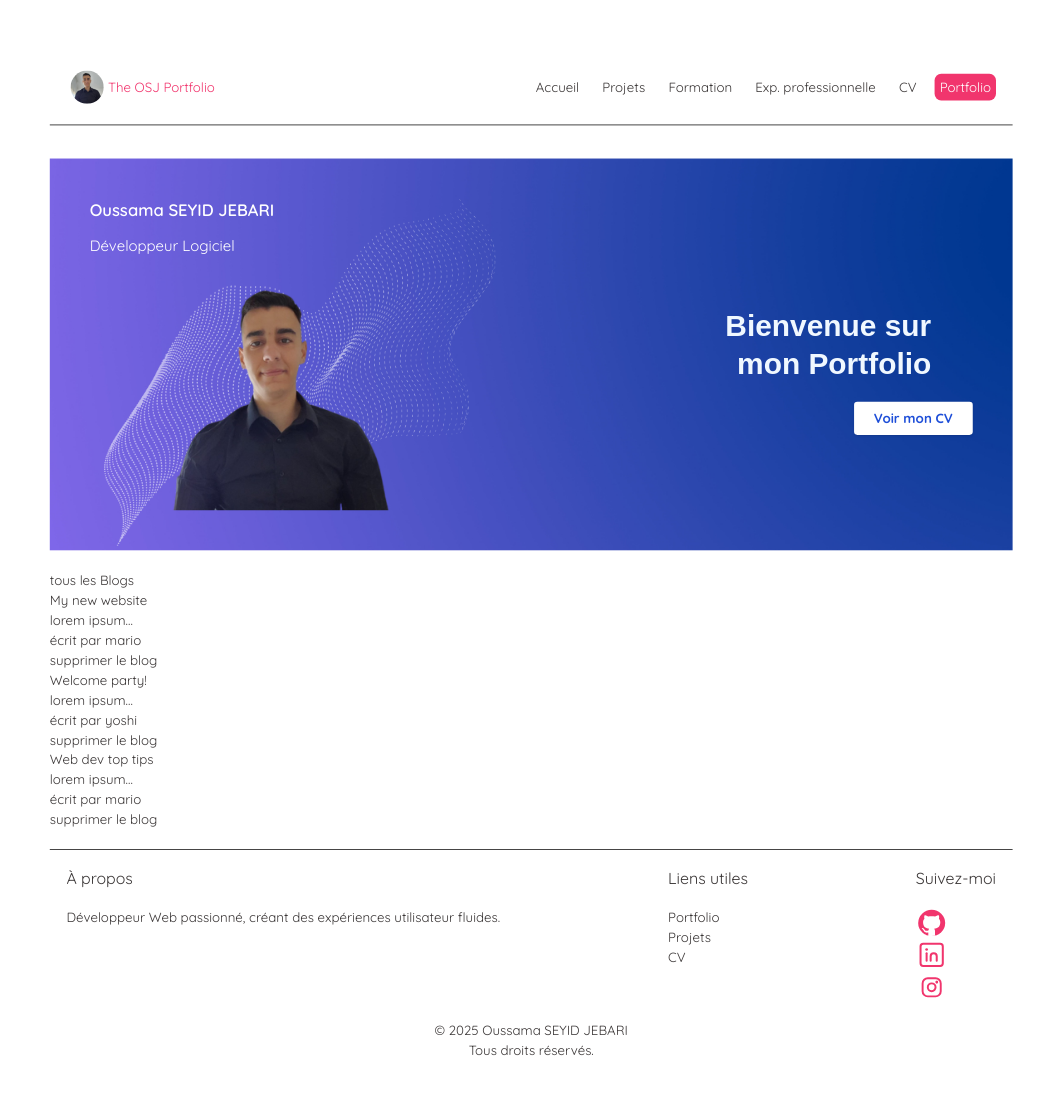
Repository: OussamSJ/Portfolio
Page: /
The author's editor kept a copy of each file at every save. The page is drawn from the files as they stood at one save, then again after the next save.
The browser window is 1280 px wide. The pictures show the whole page, at 83% of full size.
The project was rebuilt for these pictures with package versions that can differ from the ones it lists, and the page was loaded fresh each time. Also part of the build but not shown: src/Random.js, src/Cv.js, src/Expcomponent.js, src/Experiences.js, src/FormationComponent.js, src/Formation.js.

Above is the page before, as saved 2025-05-10 10:50:56.

After the next save:
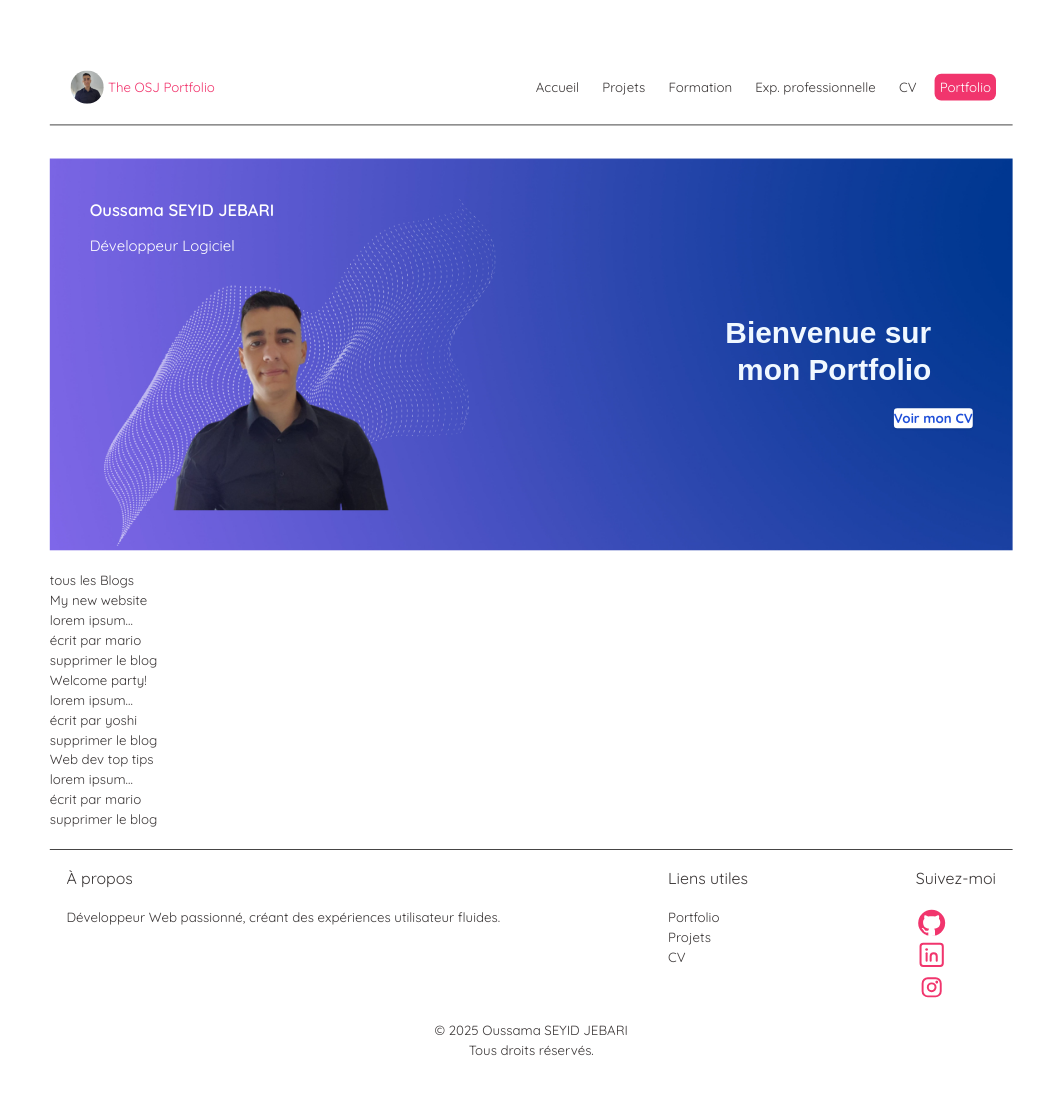
Saved 57 s later.
--- a/src/Home.js
+++ b/src/Home.js
@@ -45,7 +45,7 @@
   <h1 className="text-4xl text-white font-bold mb-6 leading-tight">
     Bienvenue sur <br /> mon Portfolio
   </h1>
-  <button className="bg-white text-blue-700 font-bold py-2 px-6 rounded shadow hover:bg-gray-100 transition">
+  <button className="bg-white text-blue-700 font-bold   rounded shadow hover:bg-gray-100 transition">
     Voir mon CV
   </button>
 </div>

After the save that followed:
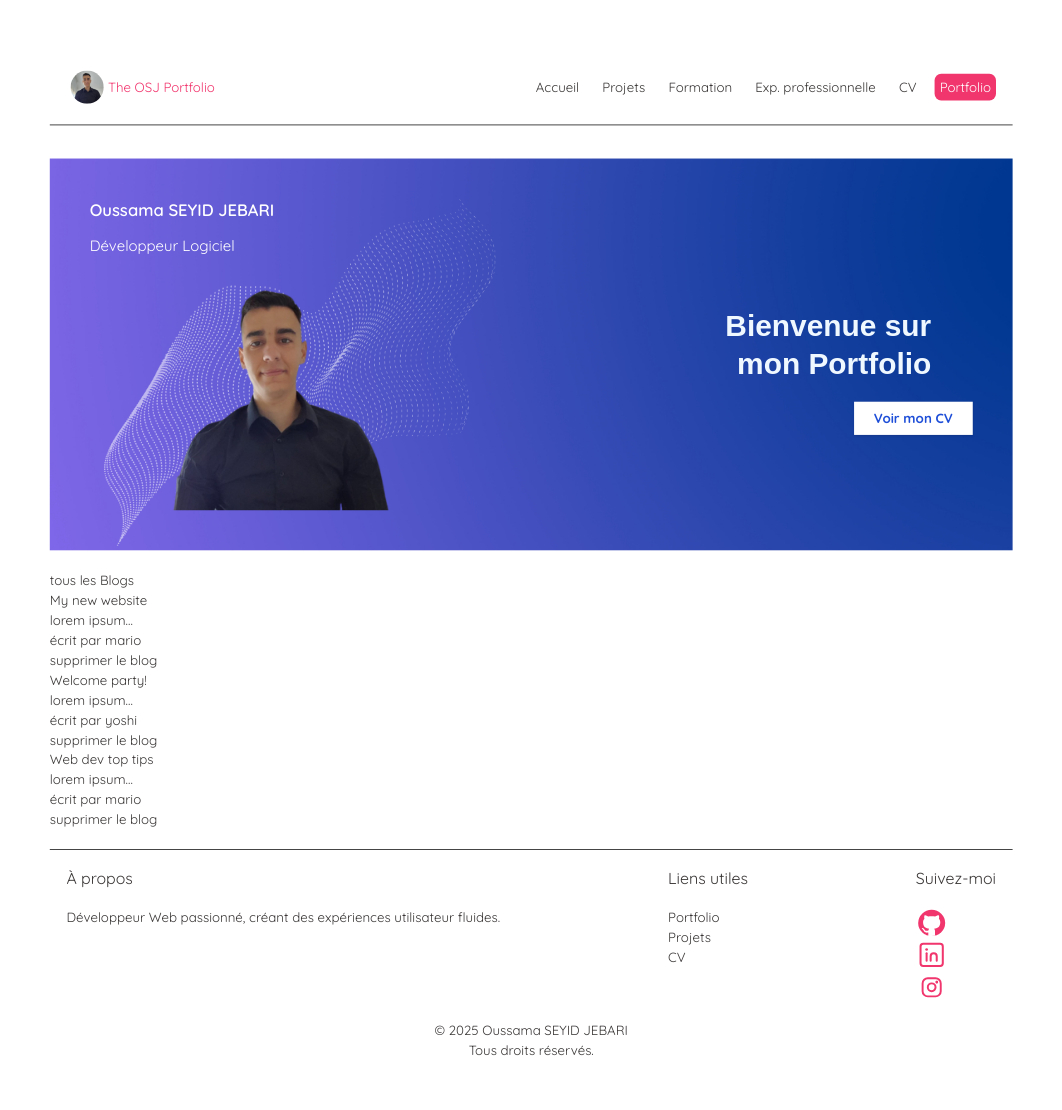
Saved 9 s later.
--- a/src/Home.js
+++ b/src/Home.js
@@ -45,7 +45,7 @@
   <h1 className="text-4xl text-white font-bold mb-6 leading-tight">
     Bienvenue sur <br /> mon Portfolio
   </h1>
-  <button className="bg-white text-blue-700 font-bold   rounded shadow hover:bg-gray-100 transition">
+  <button className="bg-white text-blue-700 font-bold py-2 px-6  ml_6rounded shadow hover:bg-gray-100 transition">
     Voir mon CV
   </button>
 </div>
